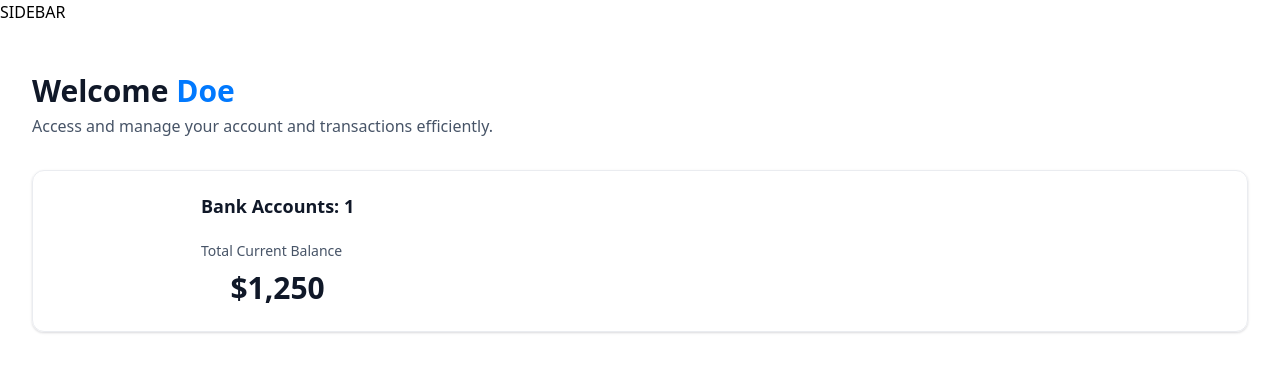
Repository: akinolapo/creditcraze
Page: /
The author's editor kept a copy of each file at every save. The page is drawn from the files as they stood at one save, then again after a run of saves.
The browser window is 1280 px wide. The pictures show the whole page.
The project was rebuilt for these pictures with package versions that can differ from the ones it lists, and the page was loaded fresh each time. The framework's server and built-in components were replaced by stand-ins that run in the browser. Also part of the build but not shown: next.config.mjs.

Above is the page before, as saved 2024-06-26 14:29:42.

After the next 2 saves:
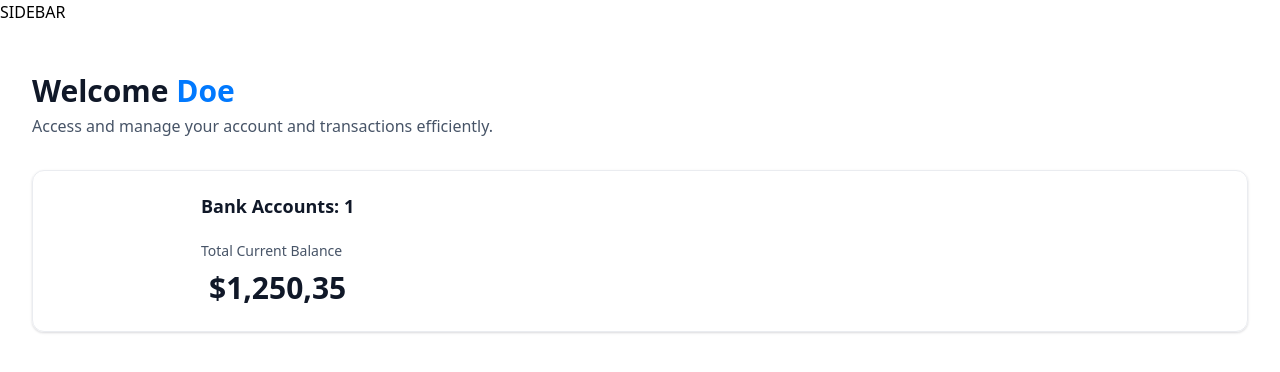
The 2 saves are shown as one change because they came seconds apart.
The last was saved 19 s later.
--- a/components/AnimatedCounter.tsx
+++ b/components/AnimatedCounter.tsx
@@ -6,6 +6,7 @@ const AnimatedCounter = ({amount}: {amount: number}) => {
     <div>
         <CountUp
             duration={2.75}
+            decimals={2}
             decimal=","
             prefix="$"
             end ={amount}
